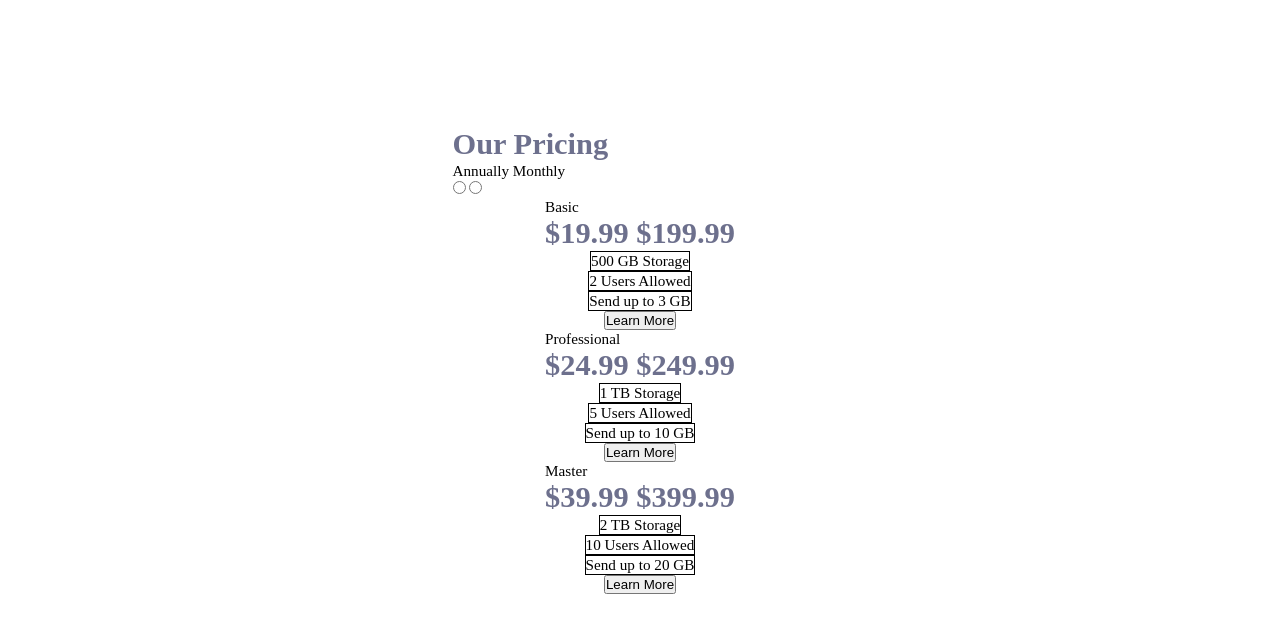
Repository: JuzzJoel/pricing-component-with-toggle-master
Page: index.html
An editor plug-in stored every save of this project. The page is shown before and after the next save, followed by the edit.
The browser window is 1280 px wide. The pictures show the whole page.

Above is the page before, as saved 2025-05-24 08:08:27.

### index.html
<!DOCTYPE html>
<html lang="en">
<head>
  <meta charset="UTF-8">
  <meta name="viewport" content="width=device-width, initial-scale=1.0"> <!-- displays site properly based on user's device -->

  <link rel="icon" type="image/png" sizes="32x32" href="./images/favicon-32x32.png">

  <title>Frontend Mentor | [pricing-component-with-toggle-master]</title>
  <style>
    :root{

--linear-gradient: hsl(236, 72%, 79%) to hsl(237, 63%, 64%);

--clr-pri: hsl(240, 78%, 98%);
--clr-pri-acc: hsl(234, 14%, 74%);
--clr-sec: hsl(233, 13%, 49%);
--clr-sec-acc: hsl(232, 13%, 33%);
    }
*,
*::before,
*::after {
    box-sizing: border-box;
}

* {
    margin: 0;
    padding: 0;
    box-sizing: border-box;
}

    .attribution { font-size: 11px; text-align: center; }
    .attribution a { color: hsl(228, 45%, 44%); }
body{
  font-size: 0.95rem;
width: 100vw;
height: 100vh;
display: flex;
align-items: center;
justify-content: center;
}


.container{
  width: 375px;
  height: auto;

}
  .pricing-header{

  }
  .pricing-header h1{
    color: var(--clr-sec);

  }
    .toggle-box{}

     .toggle-container{}

       .pricing{}

     .toggle-slider{

     }
   .body{

   }
   .content{
    display: flex;
    flex-direction: column;
    justify-content: space-evenly;
   }
   .card-container{
    display: flex;
    flex-direction: column;
    align-items: center;
   }
        .card{
          display: flex;
          flex-direction: column;
          align-items: center;
          width: 90%;
          height: 90%;
        }
          .rows-head{
            height: 35%;
          }

          .rows{
            height: 15%;
            border: 1px solid black;
          }
          .rows-button{
            height: 25%;
          }
  button{
    width: 100%;
    display: flex;
    align-items: center;
    justify-content: center;
  }

          @media(min-width:1440px){
            .content{
              flex-direction: row;
              justify-content: space-between;
             }
          }
  </style>
</head>
<body>



  <div class="container">
    <div class="pricing-header">
      <h1>Our Pricing</h1>
      <div class="toggle-box">
        Annually
        Monthly
        <div class="toggle-container">

          <input type="radio" class="pricing" id="price-annnual">
          <label for=""></label>

          <input type="radio" class="pricing" id="price-month">
          <label for=""></label>

          <div class="toggle-slider"></div>
        </div>
      </div>
      <div class="body">
        <div class="content">
          <div class="card-container">
<div class="card">
            <div class="rows-head">Basic
         <h1>   &dollar;19.99
            &dollar;199.99</h1>
          </div>
            <div class="rows">500 GB Storage</div>
            <div class="rows">2 Users Allowed</div>
            <div class="rows">Send up to 3 GB</div>
            <div class="rows-button"><button>Learn More</button></div>
          </div>
          </div>

          <div class="card-container">
            <div class="card">
            <div class="rows-head">Professional
              <h1>  &dollar;24.99
            &dollar;249.99 </h1>
          </div>
            <div class="rows">1 TB Storage</div>
            <div class="rows">5 Users Allowed</div>
            <div class="rows">Send up to 10 GB</div>
            <div class="rows-button"><button>Learn More</button></div>
          </div>
          </div>
          <div class="card-container">
            <div class="card">
            <div class="rows-head">Master
              <h1>   &dollar;39.99
            &dollar;399.99</h1>
          </div>
            <div class="rows">2 TB Storage</div>
            <div class="rows">10 Users Allowed</div>
            <div class="rows">Send up to 20 GB</div>
            <div class="rows-button"><button>Learn More</button></div>
          </div>
          </div>
        </div>
      </div>
    </div>
  </div>


</body>
</html>

After the next save:
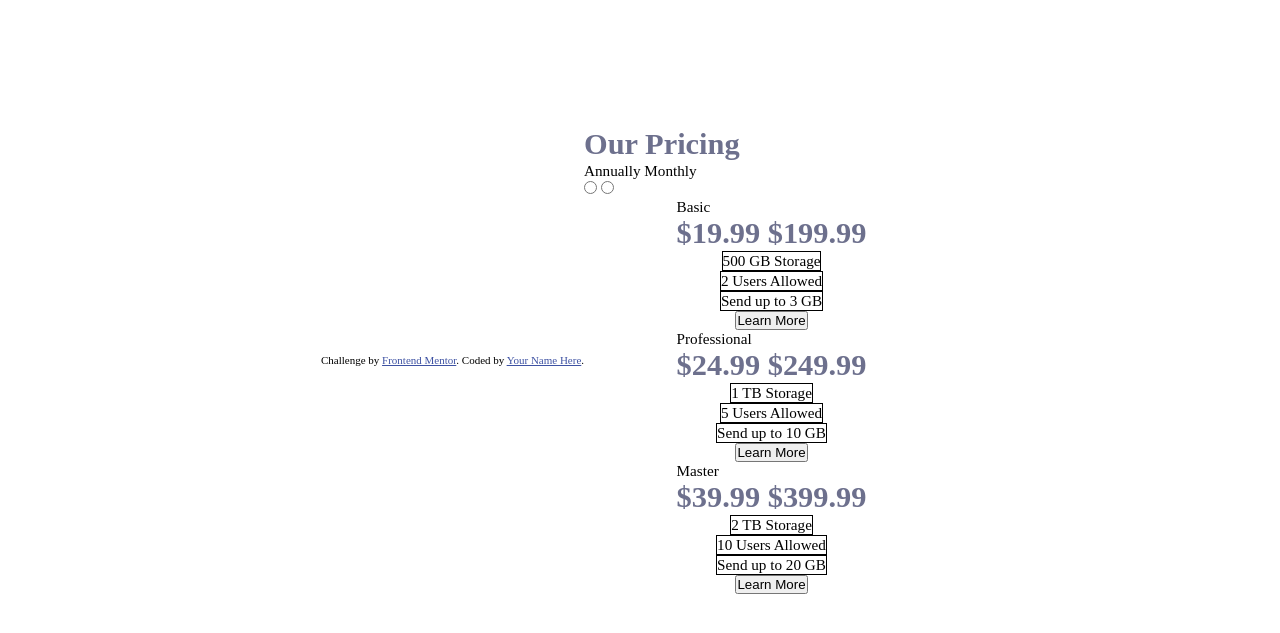
Saved 7 s later.
--- a/index.html
+++ b/index.html
@@ -109,7 +109,10 @@ justify-content: center;
   </style>
 </head>
 <body>
-
+  <div class="attribution">
+    Challenge by <a href="https://www.frontendmentor.io?ref=challenge" target="_blank">Frontend Mentor</a>.
+    Coded by <a href="#">Your Name Here</a>.
+  </div>
 
 
   <div class="container">
